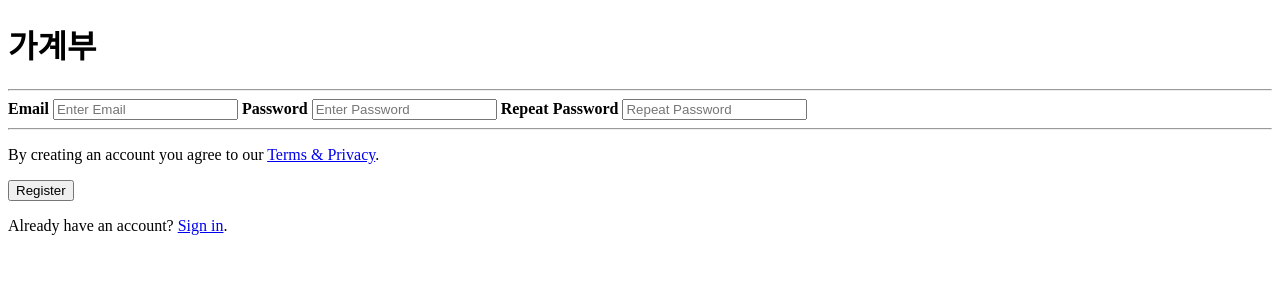
Repository: yonghwankim-dev/FinancialLedgerService
Page: http://localhost/FinancialLedger/
An editor plug-in stored every save of this project. The page is shown before and after the next save, followed by the edit.
The browser window is 1280 px wide. The pictures show the whole page.
The page is served by Tomcat 9.

Above is the page before, as saved 2021-02-23 03:30:53.
Not found: FinancialLedger/css/index.css

After the next save:
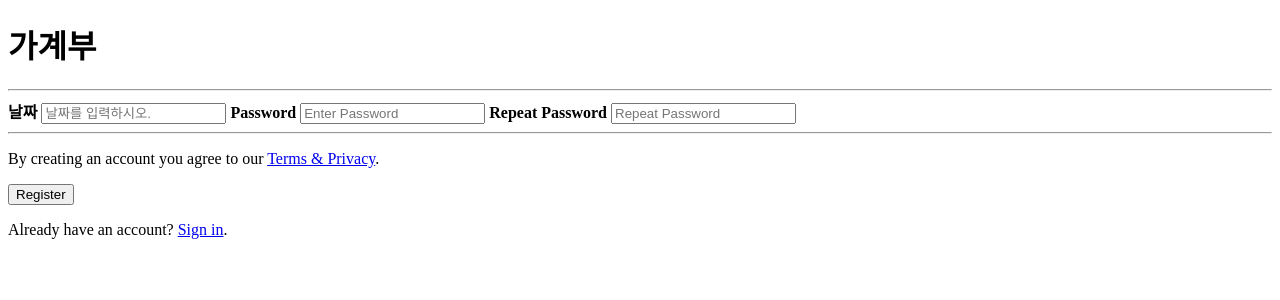
Saved 64 s later.
--- a/FinancialLedger/WebContent/index.jsp
+++ b/FinancialLedger/WebContent/index.jsp
@@ -13,8 +13,8 @@
 	    <h1>가계부</h1>
 	    <hr>
 
-	    <label for="email"><b>Email</b></label>
-	    <input type="text" placeholder="Enter Email" name="email" id="email" required>
+	    <label for="regdate"><b>날짜</b></label>
+	    <input type="text" placeholder="날짜를 입력하시오." name="regdate" id="regdate" required>
 
 	    <label for="psw"><b>Password</b></label>
 	    <input type="password" placeholder="Enter Password" name="psw" id="psw" required>
